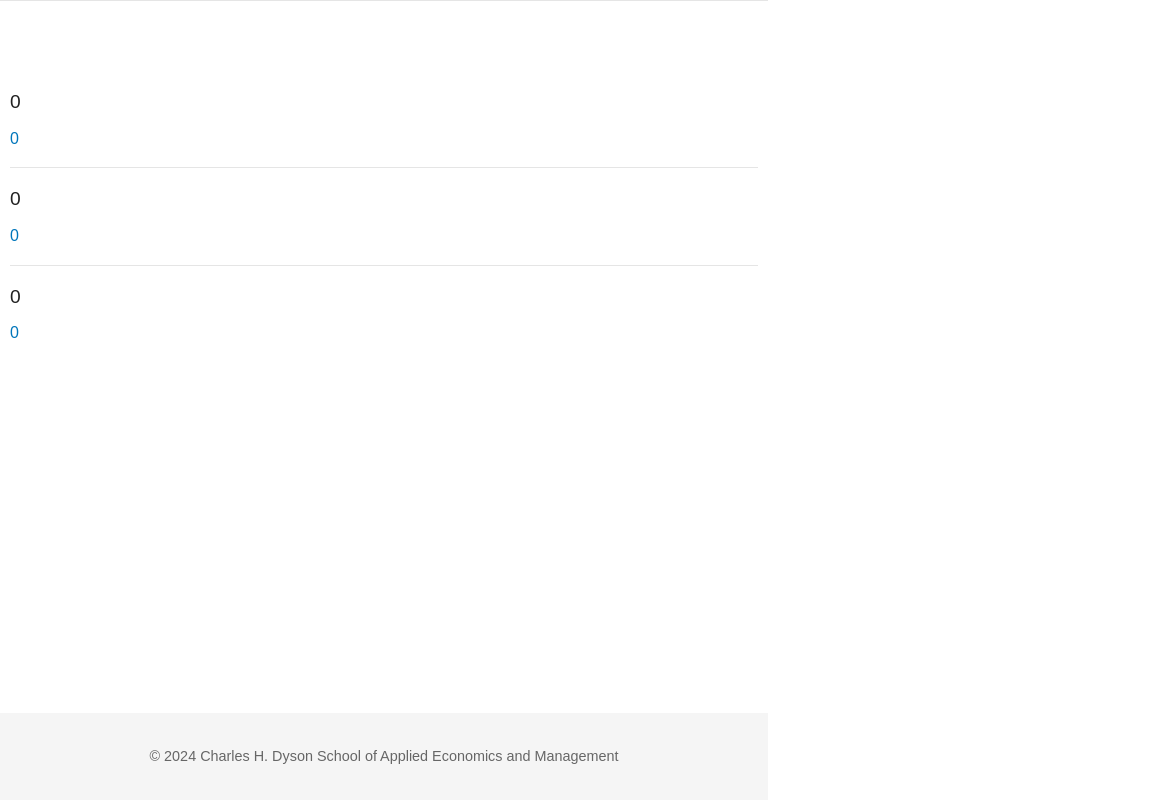
Repository: huang-heavenly-Emperor/k1_project
Page: teaching.html
An editor plug-in stored every save of this project. The page is shown before and after a run of saves, followed by the edit.
The browser window is 768 px wide. The page is 768 px wide, then 1150 px, then 768 px, so the pictures cover 1150 px, including what lies to the right of the window. The pictures show the whole page.

Above is the page before, as saved 2024-11-17 15:56:24.

After the next 2 saves:
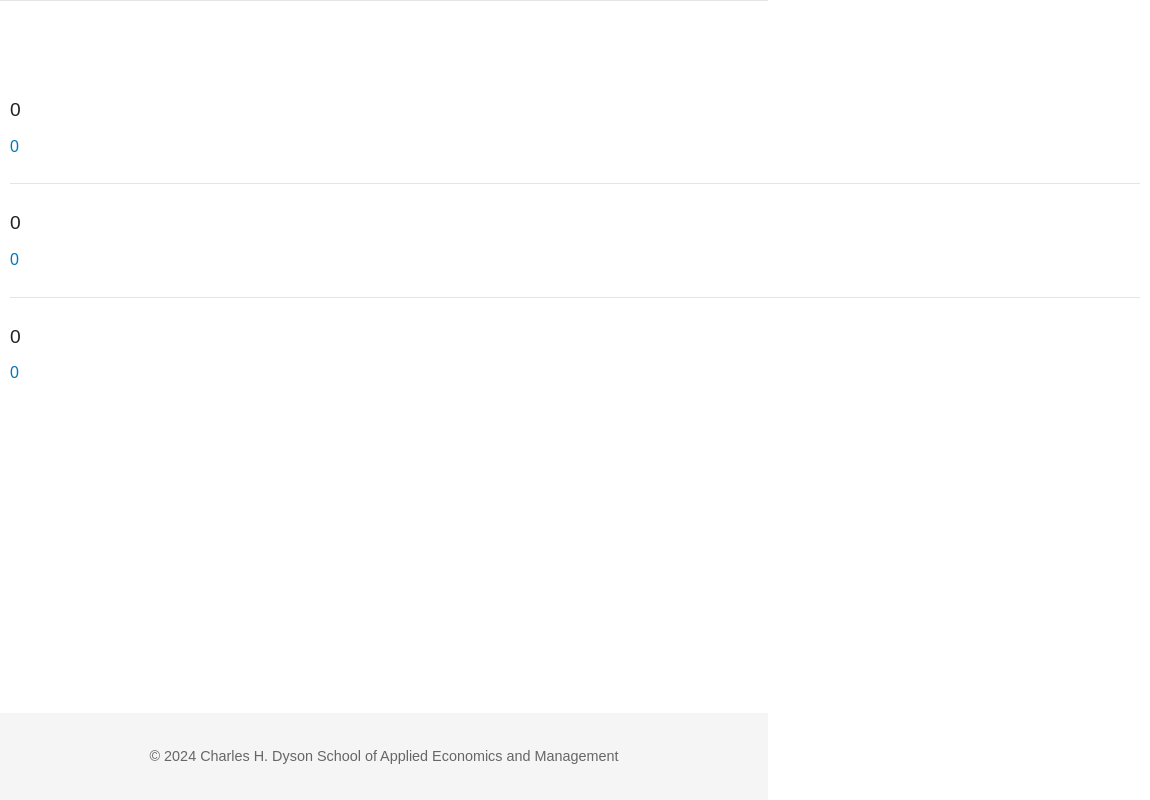
The 2 saves are shown as one change because they came seconds apart.
The last was saved 18 s later.
--- a/teaching.css
+++ b/teaching.css
@@ -19,6 +19,8 @@
     margin: 50px auto;
     margin-bottom: auto;
 }
+
+
 
 .course-item {
     padding: 1.5rem 0;
@@ -57,6 +59,10 @@
 }
 
 @media (max-width: 768px) {
+    .banner {
+        height: 300px;
+    }
+
     .nav-list {
         flex-wrap: wrap;
         justify-content: center;
@@ -68,12 +74,7 @@
     }
 
     .main-container {
-        width: 100%;
         padding: 0 10px;
-    }
-
-    .course-item {
-        padding: 1rem 0;
     }
 }
 

After the 3 saves that followed:
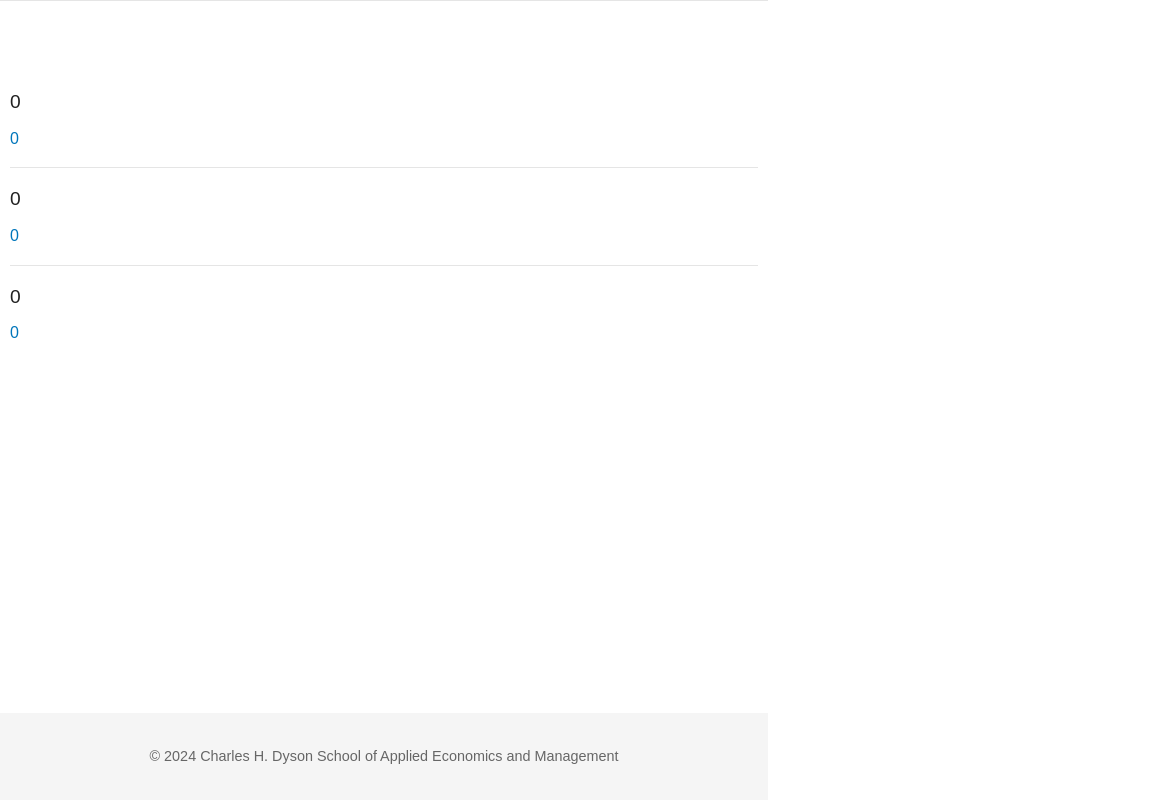
The 3 saves are shown as one change because they came seconds apart.
The last was saved 10 s later.
--- a/teaching.css
+++ b/teaching.css
@@ -74,7 +74,12 @@
     }
 
     .main-container {
+        width: 100%;
         padding: 0 10px;
+    }
+
+    .course-item {
+        padding: 1rem 0;
     }
 }
 
